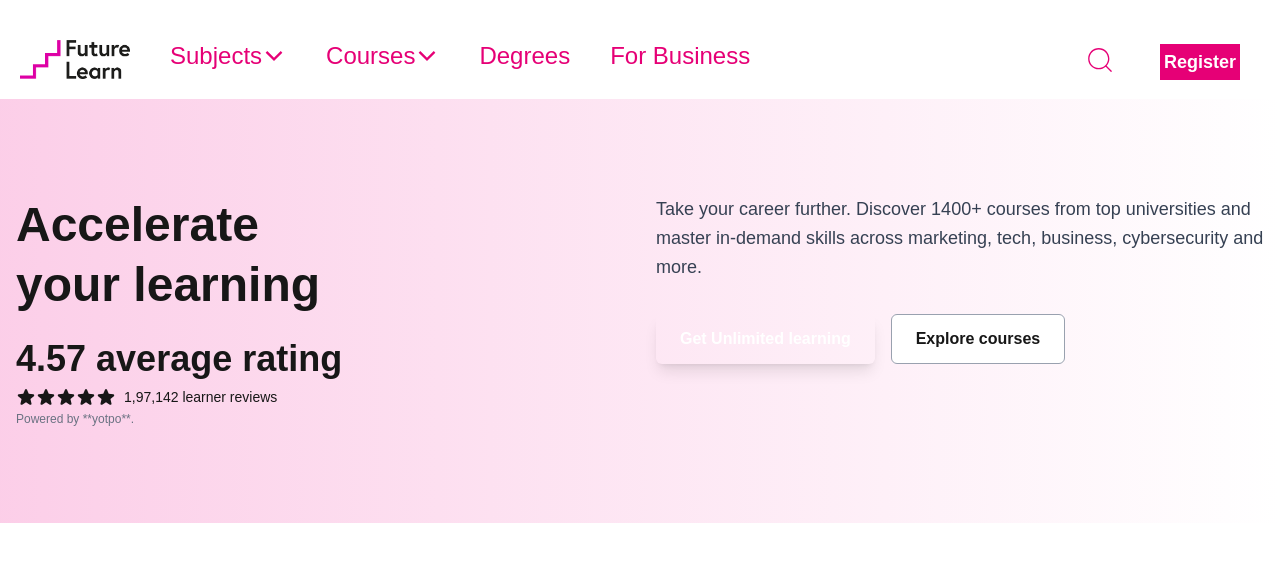
Repository: Aayu0981/Courses-App
Page: / (app in my-app/)
The author's editor kept a copy of each file at every save. The page is drawn from the files as they stood at one save, then again after the next save.
The browser window is 1280 px wide. The pictures show the whole page.
The project was rebuilt for these pictures with package versions that can differ from the ones it lists, and the page was loaded fresh each time. The framework's server and built-in components were replaced by stand-ins that run in the browser. Also part of the build but not shown: my-app/next.config.ts.

Above is the page before, as saved 2025-11-21 14:06:19.

After the next save:
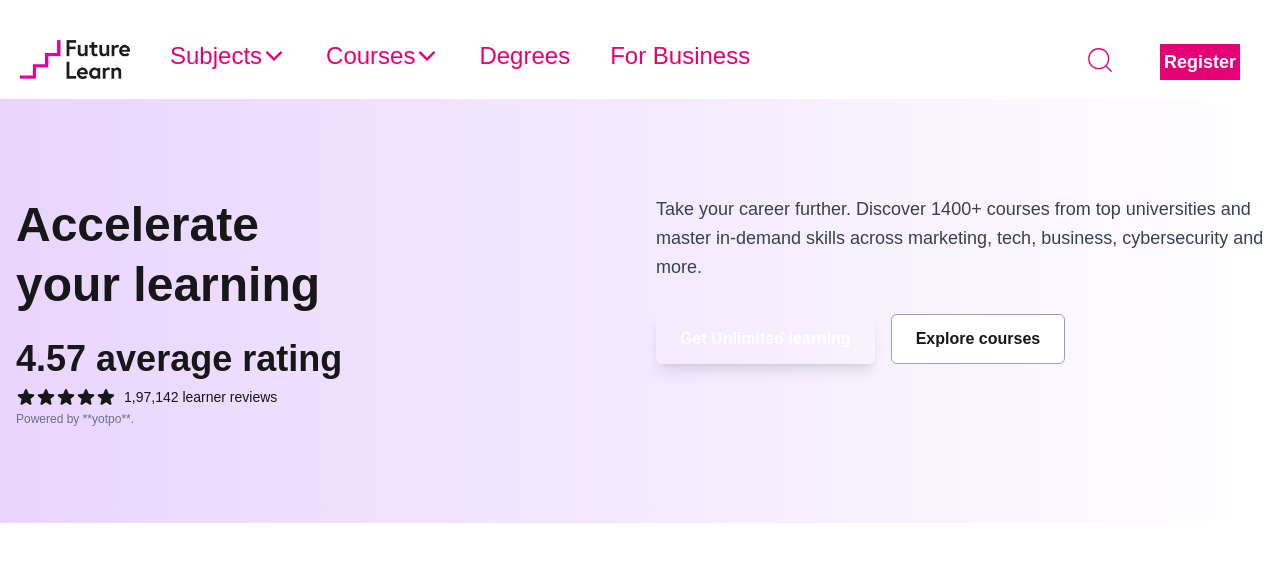
Saved 6 s later.
--- a/my-app/app/Components/MidP.tsx
+++ b/my-app/app/Components/MidP.tsx
@@ -5,7 +5,7 @@
 export default function HeroSection() {
   return (
     // 1. बैकग्राउंड ग्रेडिएंट और padding/margin
-    <section className="bg-gradient-to-r from-pink-200 start to-soft purple-200 py-16 md:py-24">
+    <section className="bg-gradient-to-r from-pink-200 start to-soft from-purple-200 py-16 md:py-24">
       <div className="container mx-auto px-4">
 
 
